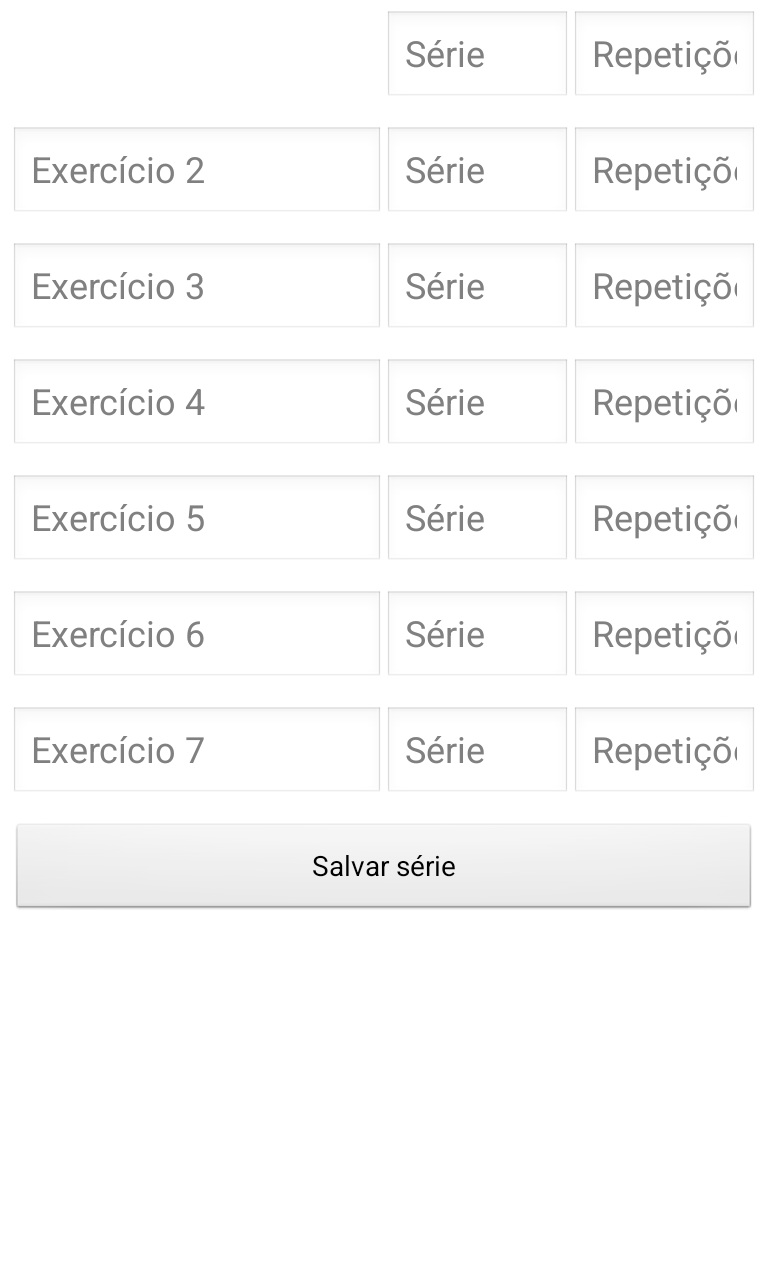
Repository: BrunoDeNadaiSarnaglia/Exame
Layout: Exame/res/layout/activity_nova_serie.xml
The author's editor kept a copy of each file at every save. The layout is drawn from the files as they stood at one save, then again after the next save.
It is drawn on a 768 x 1280 px phone screen (xhdpi) without system bars, with theme AppTheme; the app's code is not run.

Above is the layout before, as saved 2013-07-09 20:24:47.

### Exame/res/layout/activity_nova_serie.xml
<TableLayout xmlns:android="http://schemas.android.com/apk/res/android"
    android:id="@+id/tableLayout1"
    android:layout_width="fill_parent"
    android:layout_height="fill_parent"
    android:scrollbars="vertical">

    <!-- 3 colunas -->
    <TableRow
        android:id="@+id/tableRow1"
        android:layout_width="wrap_content"
        android:layout_height="wrap_content"
        android:padding="5dip" >

        <EditText android:id="@+id/exercicio1"
        android:layout_weight="2"
        android:layout_width="0dp"
        android:layout_height="0dp"
        android:hint="Exercício 1" />

        <EditText android:id="@+id/series1"
        android:layout_weight="1"
        android:layout_width="0dp"
        android:layout_height="wrap_content"
        android:hint="Série"
        android:inputType="number" />

        <EditText android:id="@+id/repeticoes1"
        android:layout_weight="1"
        android:layout_width="0dp"
        android:layout_height="wrap_content"
        android:hint="Repetições"
        android:inputType="number" />
    </TableRow>

    <TableRow
        android:id="@+id/tableRow2"
        android:layout_width="wrap_content"
        android:layout_height="wrap_content"
        android:padding="5dip" >

        <EditText android:id="@+id/exercicio2"
        android:layout_weight="2"
        android:layout_width="0dp"
        android:layout_height="wrap_content"
        android:hint="Exercício 2" />

        <EditText android:id="@+id/series2"
        android:layout_weight="1"
        android:layout_width="0dp"
        android:layout_height="wrap_content"
        android:hint="Série"
        android:inputType="number" />

        <EditText android:id="@+id/repeticoes2"
        android:layout_weight="1"
        android:layout_width="0dp"
        android:layout_height="wrap_content"
        android:hint="Repetições"
        android:inputType="number" />
    </TableRow>

    <TableRow
        android:id="@+id/tableRow3"
        android:layout_width="wrap_content"
        android:layout_height="wrap_content"
        android:padding="5dip" >

        <EditText android:id="@+id/exercicio3"
        android:layout_weight="2"
        android:layout_width="0dp"
        android:layout_height="wrap_content"
        android:hint="Exercício 3" />

        <EditText android:id="@+id/series3"
        android:layout_weight="1"
        android:layout_width="0dp"
        android:layout_height="wrap_content"
        android:hint="Série"
        android:inputType="number" />

        <EditText android:id="@+id/repeticoes3"
        android:layout_weight="1"
        android:layout_width="0dp"
        android:layout_height="wrap_content"
        android:hint="Repetições"
        android:inputType="number" />
    </TableRow>

    <TableRow
        android:id="@+id/tableRow4"
        android:layout_width="wrap_content"
        android:layout_height="wrap_content"
        android:padding="5dip" >

        <EditText android:id="@+id/exercicio4"
        android:layout_weight="2"
        android:layout_width="0dp"
        android:layout_height="wrap_content"
        android:hint="Exercício 4" />

        <EditText android:id="@+id/series4"
        android:layout_weight="1"
        android:layout_width="0dp"
        android:layout_height="wrap_content"
        android:hint="Série"
        android:inputType="number" />

        <EditText android:id="@+id/repeticoes4"
        android:layout_weight="1"
        android:layout_width="0dp"
        android:layout_height="wrap_content"
        android:hint="Repetições"
        android:inputType="number" />
    </TableRow>

    <TableRow
        android:id="@+id/tableRow5"
        android:layout_width="wrap_content"
        android:layout_height="wrap_content"
        android:padding="5dip" >

        <EditText android:id="@+id/exercicio5"
        android:layout_weight="2"
        android:layout_width="0dp"
        android:layout_height="wrap_content"
        android:hint="Exercício 5" />

        <EditText android:id="@+id/series5"
        android:layout_weight="1"
        android:layout_width="0dp"
        android:layout_height="wrap_content"
        android:hint="Série"
        android:inputType="number" />

        <EditText android:id="@+id/repeticoes5"
        android:layout_weight="1"
        android:layout_width="0dp"
        android:layout_height="wrap_content"
        android:hint="Repetições"
        android:inputType="number" />
    </TableRow>

    <TableRow
        android:id="@+id/tableRow6"
        android:layout_width="wrap_content"
        android:layout_height="wrap_content"
        android:padding="5dip" >

        <EditText android:id="@+id/exercicio6"
        android:layout_weight="2"
        android:layout_width="0dp"
        android:layout_height="wrap_content"
        android:hint="Exercício 6" />

        <EditText android:id="@+id/series6"
        android:layout_weight="1"
        android:layout_width="0dp"
        android:layout_height="wrap_content"
        android:hint="Série"
        android:inputType="number" />

        <EditText android:id="@+id/repeticoes6"
        android:layout_weight="1"
        android:layout_width="0dp"
        android:layout_height="wrap_content"
        android:hint="Repetições"
        android:inputType="number" />
    </TableRow>

    <TableRow
        android:id="@+id/tableRow7"
        android:layout_width="wrap_content"
        android:layout_height="wrap_content"
        android:padding="5dip" >

        <EditText android:id="@+id/exercicio7"
        android:layout_weight="2"
        android:layout_width="0dp"
        android:layout_height="wrap_content"
        android:hint="Exercício 7" />

        <EditText android:id="@+id/series7"
        android:layout_weight="1"
        android:layout_width="0dp"
        android:layout_height="wrap_content"
        android:hint="Série"
        android:inputType="number" />

        <EditText android:id="@+id/repeticoes7"
        android:layout_weight="1"
        android:layout_width="0dp"
        android:layout_height="wrap_content"
        android:hint="Repetições"
        android:inputType="number" />
    </TableRow>

    <TableRow
        android:id="@+id/tableRow8"
        android:layout_width="wrap_content"
        android:layout_height="wrap_content"
        android:padding="5dip" >

        <Button
        	android:layout_weight="1"
        	android:layout_width="wrap_content"
       		android:layout_height="wrap_content"
        	android:text="@string/botao_salvar_serie"
        	android:onClick="sendMessage"/> <!-- Chamar método no NovaSerieActivity -->
    </TableRow>


</TableLayout>

### Exame/res/values/strings.xml
<?xml version="1.0" encoding="utf-8"?>
<resources>

    <string name="app_name">My Second App</string>
    <string name="action_settings">Settings</string>
    <string name="button_send">Send</string>
    <string name="edit_message">Enter a message</string>
    <string name="title_activity_display_message">My Message</string>
    <string name="hello_world">Hello world!</string>
    <string name="title_activity_nova_serie">NovaSerieActivity</string>


    <string name="botao_nova_serie">Nova Série</string>
    <!-- Adicionados para a NovaSerieActivity -->
	<!-- Linha1 -->
	<string name="exercicio1">Exercício 1</string>
	<string name="series1">Séries</string>
	<string name="repeticoes1">Reps</string>
	<!-- Linha2 -->
	<string name="exercicio2">Exercício 2</string>
	<string name="series2">Séries</string>
	<string name="repeticoes2">Reps</string>
	<!-- Linha3 -->
	<string name="exercicio3">Exercício 3</string>
	<string name="series3">Séries</string>
	<string name="repeticoes3">Reps</string>
	<!-- Linha4 -->
	<string name="botao_salvar_serie">Salvar série</string>

</resources>

Loaded but not shown: Exame/res/values/styles.xml (common file)

After the next save:
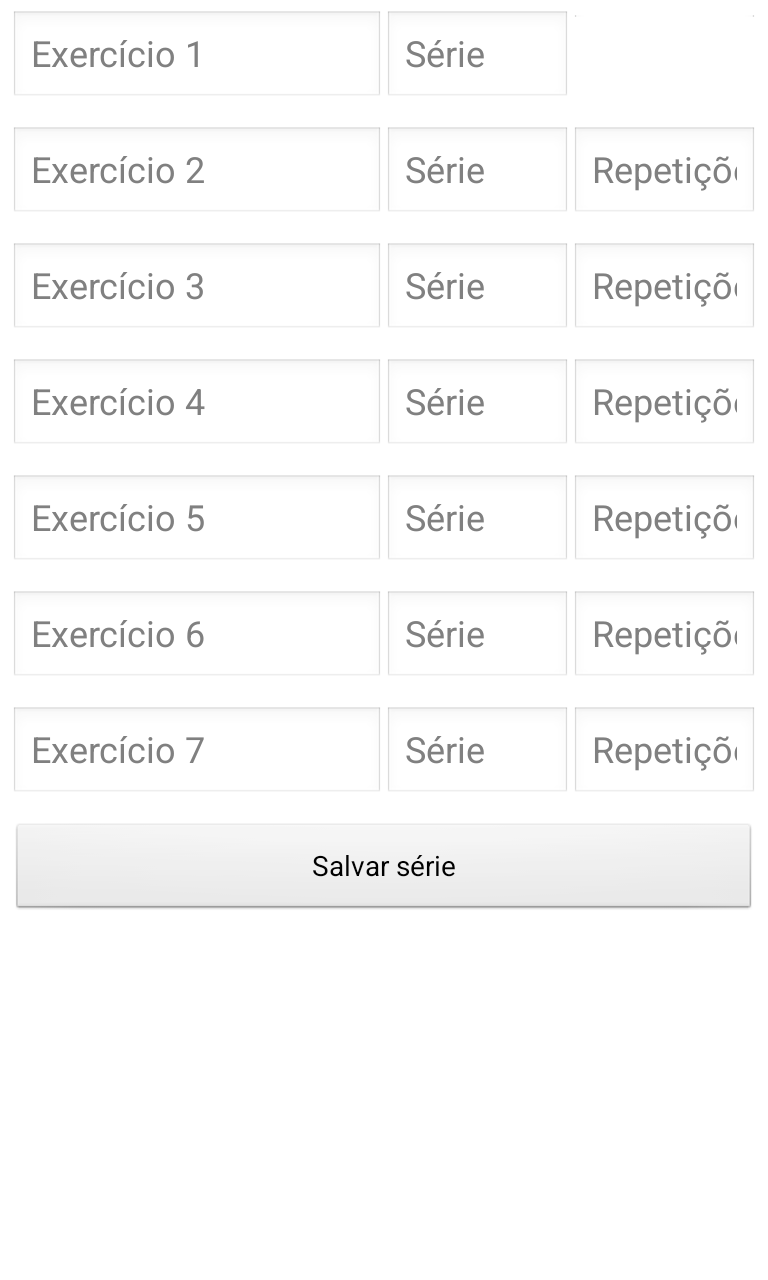
Saved 50 s later.
--- a/Exame/res/layout/activity_nova_serie.xml
+++ b/Exame/res/layout/activity_nova_serie.xml
@@ -14,7 +14,7 @@
         <EditText android:id="@+id/exercicio1"
         android:layout_weight="2"
         android:layout_width="0dp"
-        android:layout_height="0dp"
+        android:layout_height="wrap_content"
         android:hint="Exercício 1" />
 
         <EditText android:id="@+id/series1"
@@ -27,7 +27,7 @@
         <EditText android:id="@+id/repeticoes1"
         android:layout_weight="1"
         android:layout_width="0dp"
-        android:layout_height="wrap_content"
+        android:layout_height="1"
         android:hint="Repetições"
         android:inputType="number" />
     </TableRow>
